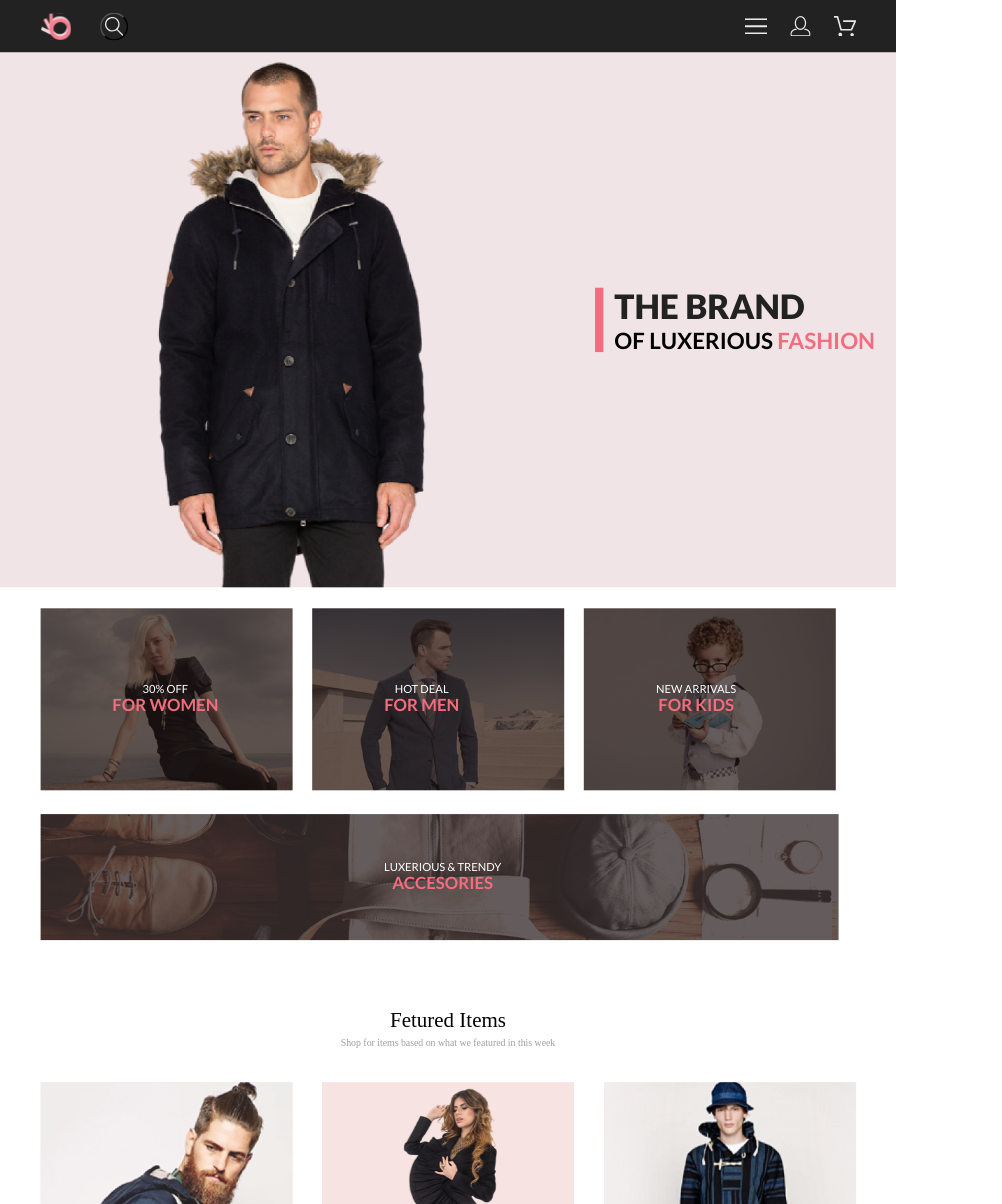
Repository: shtepaa/work-show-linkid
Page: les01/index.html
An editor plug-in stored every save of this project. The page is shown before and after the next save, followed by the edit.
The browser window is 1280 px wide. The page is 1280 px wide, then 1431 px, so the pictures cover 1431 px, including what lies to the right of the window. The pictures show the part of the page from y = 0 to 1720 px (the page is 3886 px tall), at 70% of full size.

Above is the page before, as saved 2022-02-15 12:12:09.

### les01/index.html
<!DOCTYPE html>
<html lang="en">
  <head>
    <meta charset="UTF-8" />
    <meta http-equiv="X-UA-Compatible" content="IE=edge" />
    <meta name="viewport" content="width=device-width, initial-scale=1.0" />
    <title>Brand</title>
    <link rel="shortcut icon" href="img/favicon.ico" type="image/x-icon" />
    <link rel="stylesheet" href="style.css" />
    <link rel="preconnect" href="https://fonts.googleapis.com" />
    <link rel="preconnect" href="https://fonts.gstatic.com" crossorigin />
    <link
      href="https://fonts.googleapis.com/css2?family=Lato:wght@700;400;900&display=swap"
      rel="stylesheet"
    />
  </head>
  <body>


        <header>
          <div class="container">
            <nav>
              <div class="flex-left">
                <img src="img/logo.svg" alt="logo" />
                <form class="searchBox">
                  <input
                    class="searchInput"
                    type="text"
                    name=""
                    placeholder="Search"
                  />
                  <button class="searchButton" href="#">
                    <img id="path" src="img/search.svg" alt="logo" />
                  </button>
                </form>
              </div>
              <div class="flex-right">
                <div class="mega-box"><img class="contact-img" src="img/menu.svg" alt="logo" />
                <div class="mega-item">

<div class="menu-box"><h3 class="menu-box--style">Menu</h3></div>
<details><summary>Man</summary>
<a class="mega-link" href="#">Accessories</a>
<a class="mega-link" href="#">Bags</a>
<a class="mega-link" href="#">Denim</a>
<a class="mega-link" href="#">T-Shirts</a>
</details>
<details><summary>WOMAN</summary>
  <a class="mega-link" href="#">Accessories</a>
  <a class="mega-link" href="#">Jackets & Coats</a>
  <a class="mega-link" href="#">Polos</a>
  <a class="mega-link" href="#">T-Shirts</a>
  </details>
  <details><summary>KIDS</summary>
    <a class="mega-link" href="#">Accessories</a>
    <a class="mega-link" href="#">Bags</a>
    <a class="mega-link" href="#">Denim</a>
    <a class="mega-link" href="#">T-Shirts</a>
    </details>



                </div>


                </div>
                <img class="contact-img" src="img/contact.svg" alt="logo" />
                <img src="img/shop.svg" alt="logo" />
              </div>
            </nav>
          </div>
        </header>
        <!-- Второй блок -->
        <div class="header-section">

          <!-- <div class="container"> -->

            <div class="header-cover">
              <div class="header-image">
              <img class="header-man"  src="img/man-new.png" alt="man" />
            </div>
            <div class="header-title">
              <div class="pink-line"></div>
              <div class="header-column">
                <h1>The brand</h1>
                <h2>of luxerious <span class="pink-word"> fashion</span></h2>
              </div>
            </div>
          </div>
          <!-- </div> -->


          </div>
        </div>
<!-- Третий блок -->
        <div class="container catalog-wrappet">
          <div class="catalog-block">
            <div class="catalog-project">
              <img
                class="catalog-image"
                src="img/catalog01.png"
                alt="catalog01"
              />
              <h2 class="catalog__text">
                30% off <span class="pink-word catalog-words"> for women</span>
              </h2>
            </div>
            <div class="catalog-project">
              <img
                class="catalog-image"
                src="img/catalog02.png"
                alt="catalog02"
              />
              <h2 class="catalog__text">
                hot deal <span class="pink-word catalog-words"> for men</span>
              </h2>
            </div>
            <div class="catalog-project">
              <img
                class="catalog-image"
                src="img/catalog03.png"
                alt="catalog03"
              />
              <h2 class="catalog__text">
                new arrivals
                <span class="pink-word catalog-words"> for kids</span>
              </h2>
            </div>
          </div>
          <div class="catalog-project parent">
            <img
              class="catalog-image"
              src="img/catalog04.png"
              alt="catalog04"
            />
            <h2 class="catalog__text down-parent">
              luxerious & trendy<span class="pink-word catalog-words">
                accesories</span
              >
            </h2>
          </div>
        </div>
        <!-- Четвертый блок -->
        <div class="container block-text">
          <h3 class="block-text--heading">Fetured Items</h3>
          <p class="block-text--section-text">
            Shop for items based on what we featured in this week
          </p>
        </div>
        <div class="container section-featured">
          <div class="featur_one">
            <a class="link-featur" href="#">
            <img class="featur-image"  src="img/feat01.png" alt="featur_one" /></a>
            <div class="featur-wrapper">
            <h3 class="featur-text">ELLERY X M'O CAPSULE</h3>
            <p class="featur-content">Known for her sculptural takes on traditional tailoring, Australian arbiter of cool Kym Ellery teams up with Moda Operandi.</p>
<span class="featur-price">$52.00</span></div>
          </div>
          <div class="featur_one">
            <a class="link-featur" href="#">
            <img src="img/feat02.png" alt="featur_one" /></a>
            <div class="featur-wrapper">
            <h3 class="featur-text">ELLERY X M'O CAPSULE</h3>
            <p class="featur-content">Known for her sculptural takes on traditional tailoring, Australian arbiter of cool Kym Ellery teams up with Moda Operandi.</p>
<span class="featur-price">$52.00</span></div>
          </div>
          <div class="featur_one">
            <a class="link-featur" href="#">
            <img src="img/feat03.png" alt="featur_one" /></a>
            <div class="featur-wrapper">
            <h3 class="featur-text">ELLERY X M'O CAPSULE</h3>
            <p class="featur-content">Known for her sculptural takes on traditional tailoring, Australian arbiter of cool Kym Ellery teams up with Moda Operandi.</p>
<span class="featur-price">$52.00</span></div>
          </div>
          <div class="featur_one">
            <a class="link-featur" href="#">
            <img src="img/feat04.png" alt="featur_one" /></a>
            <div class="featur-wrapper">
            <h3 class="featur-text">ELLERY X M'O CAPSULE</h3>
            <p class="featur-content">Known for her sculptural takes on traditional tailoring, Australian arbiter of cool Kym Ellery teams up with Moda Operandi.</p>
<span class="featur-price">$52.00</span></div>
          </div>
          <div class="featur_one">
            <a class="link-featur" href="#">
            <img src="img/feat05.png" alt="featur_one" /></a>
            <div class="featur-wrapper">
            <h3 class="featur-text">ELLERY X M'O CAPSULE</h3>
            <p class="featur-content">Known for her sculptural takes on traditional tailoring, Australian arbiter of cool Kym Ellery teams up with Moda Operandi.</p>
<span class="featur-price">$52.00</span></div>
          </div>
          <div class="featur_one">
            <a class="link-featur" href="#">
            <img src="img/feat06.png" alt="featur_one" /></a>
            <div class="featur-wrapper">
            <h3 class="featur-text">ELLERY X M'O CAPSULE</h3>
            <p class="featur-content">Known for her sculptural takes on traditional tailoring, Australian arbiter of cool Kym Ellery teams up with Moda Operandi.</p>
<span class="featur-price">$52.00</span></div>
          </div>

        </div>
        <div class="container browse-button">
          <a class="link-browse" href="#"> <h3 class="browse-button product-cart">Browse All Product</h3></a>

        </div>
<div class="section-icons">
  <div class="container wrapper-icons">
  <div class="first-icons">
    <img class="car-icons" src="img/car.svg" alt="car" />
    <h3 class="car-icons--text">Free Delivery</h3>
    <p class="car-icons--context">Worldwide delivery on all. Authorit tively morph next-generation innov tion with extensive models.</p>
  </div>
  <div class="first-icons">
    <img class="car-icons" src="img/discount.svg" alt="discount" />
    <h3 class="car-icons--text">Sales & discounts</h3>
    <p class="car-icons--context">Worldwide delivery on all. Authorit tively morph next-generation innov tion with extensive models.</p>
  </div>
  <div class="first-icons">
    <img class="car-icons" src="img/corona.svg" alt="corona" />
    <h3 class="car-icons--text">Quality assurance</h3>
    <p class="car-icons--context">Worldwide delivery on all. Authorit tively morph next-generation innov tion with extensive models.</p>
  </div>
</div>

</div>

<div class="quotes-section">
  <div class="container wrap-quotes">
  <div class="figure-box">
  <figure>
    <img class="figure-image" src="img/author.png" alt="author" />
    <figcaption>“Vestibulum quis porttitor dui! Quisque viverra nunc mi, a pulvinar purus condimentum“</figcaption>
  </figure></div>
  <div class="figure-box enter-mail">

    <h1 class="subscribe">SUBSCRIBE</h1>
    <h2 class="promotion">FOR OUR NEWLETTER AND PROMOTION</h2>
    <div class="subscribe-wrapper">

      <input type="email" name="email" class="subscribe-input" placeholder="Enter Your Email">
      <div class="submit-btn">SUBMIT</div>
    </div>


  </div>

</div>


      </div>
      <footer>
<div class="container footer-contant">
  <div class="copy-righ">
    <span class="copy-text">© 2021  Brand  All Rights Reserved.</span>
  </div>
  <div class="networks">
    <div class="insta instag-fig">

    </div>
    <div class="insta pint-fig"></div>
    <div class="insta last-fig"></div>
    <div class="insta "></div>
  </div>



</div>

      </footer>

  </body>
</html>

### les01/style.css
* {
  margin: 0;
  padding: 0;
}



header {
  background-color: #222;

  display: flex;
  height: 75px;
}
.header-section {
  background-color: #f1e4e6;
  /* display: flex; */
  height: 764px;
}
.container {
  margin: 0 auto;
  width: 1165px;
  display: flex;
}
.header-image {
  display: flex;
  /* background-repeat: no-repeat;
  -webkit-box-flex: 1;
  -ms-flex-positive: 1;
  flex-grow: 1; */

}
.header-man{
  /* display: flex; */
  /* display: block; */
  left: 0;
}
.header-title {
  /* width: 50%; */
  display: flex;
  flex-direction: row;
  align-items: center;
}
.header-column {
  display: flex;
  flex-direction: column;
  margin-left: 16px;
  text-transform: uppercase;
  font-family: "Lato", sans-serif;
}
h1 {
  font-weight: 900;
  font-size: 48px;
  line-height: 58px;
  color: #222;
}
h2 {
  font-weight: 700;
  font-size: 32px;
  line-height: 38px;
}
.pink-word {
  color: #f16d7f;
}
.pink-line {
  background-color: #f16d7f;
  height: 92px;
  width: 12px;
}
.header-cover {
  /* width: 100%; */
  display: flex;
  /* flex-direction: row; */
  justify-content: space-between;
  width: 1250px;
  /* margin: 0 auto; */
}

nav {
  justify-content: space-between;
  flex-direction: row;
  /* position: relative; */
  align-items: center;
  display: flex;
  height: 75px;
  width: 100%;
}
.flex-left {
  align-items: center;
  flex-direction: row;
  display: flex;
}

.contact-img {
  margin-right: 33px;
}
/* Меню бокс */
.mega-item {
  position: absolute;
  background-color: #fff;

  /* display: none; */
  padding: 37px 100px 79px 50px;
  display: none;
  margin-top: 23px;
  padding-bottom: 53px;
  /* margin-left: 155px; */
}
.mega-box {
  padding: 34px 0 30px 0;

}
.mega-box:hover .mega-item{
  display: block;
}
summary {
  display: block;
}

  summary::-webkit-details-marker {
  display: none;
}

summary {
  display: block;
  font-weight: 400;
  font-size: 14px;
  line-height: 17px;
  text-transform: uppercase;
  color: #f16d7f;
  padding-top: 20px;
  padding-bottom: 12px;
  font-family: "Lato", sans-serif;
  cursor: pointer;
}

  summary::-webkit-details-marker {
  display: none;
}

summary::before {
  content: '';
  padding-right: 0.5em;
}

details[open] > summary::before {
  content: '';
}

.menu-box--style {
  font-weight: 700;
  font-size: 14px;
  line-height: 17px;
  text-transform: uppercase;
  padding-bottom: 4px;
  font-family: "Lato", sans-serif;
}
/* .pink-box {

} */
.mega-link {
  font-family: "Lato", sans-serif;
  display: block;
  text-decoration: none;
  font-size: 14px;
  line-height: 17px;
  color: #6f6e6e;
  font-weight: 400;
  padding: 12px 0px 11px 15px;
}
.mega-link:hover{
  color: #F16D7F;
}
.flex-right {
  display: flex;
  align-items: center;
  position: relative;
  /* padding-bottom: 23px; */
}
img {
  cursor: pointer;
}

/* search form*/
form {
  margin-left: 41px;
}

.searchBox:hover > .searchInput {
  padding: 0 6px;
  width: 240px;
}

.searchBox:hover > .searchButton {
  background: #222;
  color: #2f3640;
}

.searchButton {
  justify-content: center;
  align-items: center;
  background: #222;
  border-radius: 50%;
  color: white;
  float: right;
  width: 40px;
  height: 40px;
  display: flex;
  transition: 0.4s;
}

.searchInput {
  border: none;
  background: none;
  outline: none;
  float: left;
  padding: 0;
  color: white;
  font-size: 16px;
  transition: 0.4s;
  line-height: 40px;
  width: 0px;
}

@media screen and (max-width: 620px) {
  .searchBox:hover > .searchInput {
    width: 150px;
    padding: 0 6px;
  }
}

/* Третий блок */

.catalog-wrappet {
  display: flex;
  /* flex-direction: row; */
  flex-wrap: wrap;
  justify-content: space-between;
  max-width: 1165px;
  margin: 0 auto;
}
.catalog-project {
  margin-top: 30px;
  position: relative;
  flex-grow: 1;
}
/* .catalog-image:last-of-type {
  width: 100%;

} */
.catalog__text {
  position: absolute;
  display: block;
  z-index: 100;
  left: 103px;
  top: 105px;
  box-sizing: border-box;
  font-size: 16px;
  line-height: 19px;
  text-align: center;
  font-family: Lato;
  color: #fff;
  text-transform: uppercase;
  font-weight: 400;
  display: flex;
  flex-direction: column;
  /* left: 0; */
}
.catalog-words {
  font-size: 24px;
  line-height: 28px;
  text-align: center;
  font-family: "Lato", sans-serif;
  font-weight: 700;
}
.catalog-block {
  display: flex;
  justify-content: space-between;
  flex-direction: row;
  width: 100%;
}
.parent {
  display: flex;
  width: 100%;
  /* justify-content: space-between; */
}
.down-parent {
  left: 491px;
  top: 65px;
}
/* Четвертый блок */
.block-text {
  padding-top: 96px;
  display: flex;
  flex-direction: column;
  box-sizing: content-box;
  align-items: center;
}
.block-text--heading {
  font-weight: normal;
  font-size: 30px;
  line-height: 36px;
}
.block-text--section-text {
  padding-top: 6px;
  font-weight: normal;
  font-size: 14px;
  line-height: 17px;
  color: #9f9f9f;
}
/* Пятый блок */
.section-featured{
  max-width: 1165px;
  display: flex;
  flex-direction: row;
  flex-wrap: wrap;
  padding-top: 18px;
  justify-content: space-between;
}
.featur_one{
  display: flex;
  flex-direction: column;
  max-width: 360px;
  background-color: #F8F8F8;
  margin-top: 30px;
}
.featur-text{
  margin-top: 25px;
  font-size: 13px;
line-height: 16px;
font-family: "Lato", sans-serif;
font-weight: 400;
}
.featur-content{
  color: #5D5D5D;
  font-weight: 300;
font-size: 14px;
line-height: 17px;
font-family: "Lato", sans-serif;
padding-top: 12px;
}
.featur-price{
  color:  #F16D7F;
  font-size: 16px;
line-height: 19px;
font-weight: 400;
padding-top: 18px;
}
.featur-wrapper{
  padding-left: 18px;
  padding-bottom: 20px;
  display: flex;
  flex-direction: column;
}
.browse-button{
  /* align-items: center; */
  /* display: block; */
  max-width: 1165px;
  display: flex;
  justify-content: center;
  margin-top: 63px;

}
.link-browse{
  text-decoration: none;
}
.product-cart{
  color: #fff;
  border: 1px solid #FF6A6A;
  box-sizing: border-box;
  align-items: center;
  width: 211px;
  padding: 15px 38px;
  font-size: 16px;
line-height: 19px;
font-weight: 400;
background-color: #F16D7F;
}
/* конец кнопки */
.section-icons {
  background-color: #222224;
  display: flex;
  height: 341px;

  /* justify-content: space-between; */
  margin-top: 95px;
}
.first-icons{
  display: flex;
  flex-direction: column;
  max-width: 343px;
  justify-content: center;
  align-items: center;
  text-align: center;


}
.car-icons{
  width: 44px;
  height: 31px;
  padding-top: 103px;
  padding-bottom: 28px;
}
.wrapper-icons{
  max-width: 1165px;
  display: flex;
  flex-direction: row;
  justify-content: space-between;
}
.car-icons--context{
  padding-top: 16px;
  font-weight: 300;
font-size: 13.972px;
line-height: 17px;
color: #FBFBFB;
padding-bottom: 104px;
}
.car-icons--text{
  font-size: 19.96px;
line-height: 24px;
color: #FBFBFB;
font-weight: 400;
}
/* Квотес секция */
.quotes-section{
  background-image: url(img/photo-subscribe.png );
  height: 448px;
  background-repeat: no-repeat;
  background-size: 100%;

}
.wrap-quotes{
  display: flex;
  flex-direction: row;
  max-width: 1165px;
  justify-content: space-between;

}
.figure-box{
  display: flex;
  flex-direction: column;
  width: 343px;
  justify-content: center;
  /* align-items: center; */
  text-align: center;

}
.figure-image{
  width: 96px;
  height: 96px;
  padding-top: 97px;
}
figcaption{
  padding-top: 30px;
  font-size: 20px;
line-height: 24px;
font-weight: 400;
font-family: "Lato", sans-serif;
color: #222224;

}
.subscribe{
  font-family: "Lato", sans-serif;
  font-weight: 700;
  font-size: 24px;
  line-height: 37px;
  padding-top: 150px;
}
.promotion{
  font-family: "Lato", sans-serif;
  font-weight: 400;
  font-size: 18px;
  line-height: 30px;
}
.enter-mail{
  width: 557px;
}
.subscribe-wrapper{
  display: flex;
  justify-content: center;
  margin-top: 39px;

  border-radius: 10px;
  width: 356px;
  margin: 0 auto;
  padding-top: 32px;
}
.subscribe-input{
width: 256px;
border-radius: 30px;
  border-bottom-right-radius: 0;
  border-top-right-radius: 0;
  border-color: #E1E1E1;
  background-color: #E1E1E1;
}
.submit-btn{
  width: 100px;
  border-radius: 30px;
  border-bottom-left-radius: 0;
  border-top-left-radius: 0;
  background-color: #E05C6E;
  height: 49px;
  color: #fff;
  text-align: center;
  align-items: center;
  font-size: 14px;
line-height: 17px;
display: flex;
font-weight: 400;
padding: 10px;
}
::placeholder{
  padding-left: 22px;
  padding-top: 7px;
  padding-bottom: 6px;
  font-size: 14px;
line-height: 17px;
opacity: 0.67;
color: #222224;
}
footer{
  height: 79px;
  background-color: #222224;
  display: flex;
}
.footer-contant{
  display: flex;
  flex-direction: row;
  max-width: 1165px;
  align-items: center;
  justify-content: space-between;
}
.copy-text{
  padding-top: 30px;
  font-size: 16px;
line-height: 19px;
font-weight: 400;
color: #FBFBFB;
}
.networks{
  display: flex;
  flex-direction: row;


}
.insta{
  height: 32px;
  width: 31px;
  background-color: #fff;
  display: flex;

}
.last-fig{
  margin-right: 7px;
}
.pint-fig{
  margin-right: 7px;
}
.instag-fig{
  margin-right: 7px;
}
.insta:hover{
  background-color: #E05C6E;

}

### les01/img/search.svg
<svg width="27" height="28" viewBox="0 0 27 28" fill="#E8E8E8" xmlns="http://www.w3.org/2000/svg" id="path">
<path d="M19.0596 17.6259C20.6713 15.8658 21.6282 13.6048 21.7698 11.2225C21.9113 8.84018 21.2288 6.48173 19.8369 4.54318C18.445 2.60463 16.4285 1.20404 14.126 0.576619C11.8234 -0.0508009 9.3751 0.13316 7.19217 1.09761C5.00923 2.06205 3.22463 3.74825 2.13804 5.87302C1.05145 7.9978 0.729054 10.4318 1.225 12.7661C1.72094 15.1005 3.00501 17.1932 4.86158 18.6927C6.71814 20.1922 9.03413 21.0072 11.4206 21.0009C13.673 21.004 15.8645 20.27 17.6606 18.9109L25.4086 26.7179C25.4941 26.807 25.5965 26.8781 25.7099 26.927C25.8232 26.9759 25.9452 27.0017 26.0686 27.0029C26.1923 27.0033 26.3148 26.9782 26.4283 26.9292C26.5419 26.8801 26.6441 26.8082 26.7286 26.7179C26.9025 26.537 26.9997 26.2958 26.9997 26.0449C26.9997 25.794 26.9025 25.5528 26.7286 25.3719L19.0596 17.6259ZM2.88662 10.5009C2.89946 8.81563 3.41094 7.17187 4.35659 5.77685C5.30224 4.38183 6.63972 3.29801 8.20044 2.662C9.76115 2.02599 11.4752 1.86627 13.1266 2.20298C14.7779 2.53969 16.2926 3.35775 17.4797 4.55404C18.6668 5.75033 19.4732 7.27129 19.7972 8.92519C20.1212 10.5791 19.9483 12.2919 19.3002 13.8476C18.6522 15.4034 17.5581 16.7325 16.1559 17.6674C14.7536 18.6023 13.1059 19.1011 11.4206 19.1009C9.14916 19.0901 6.97482 18.1784 5.37484 16.566C3.77486 14.9537 2.87998 12.7724 2.88662 10.5009Z" fill="#E8E8E8"/>
</svg>

Loaded but not shown: les01/img/car.svg (3 lines, source omitted)

After the next save:
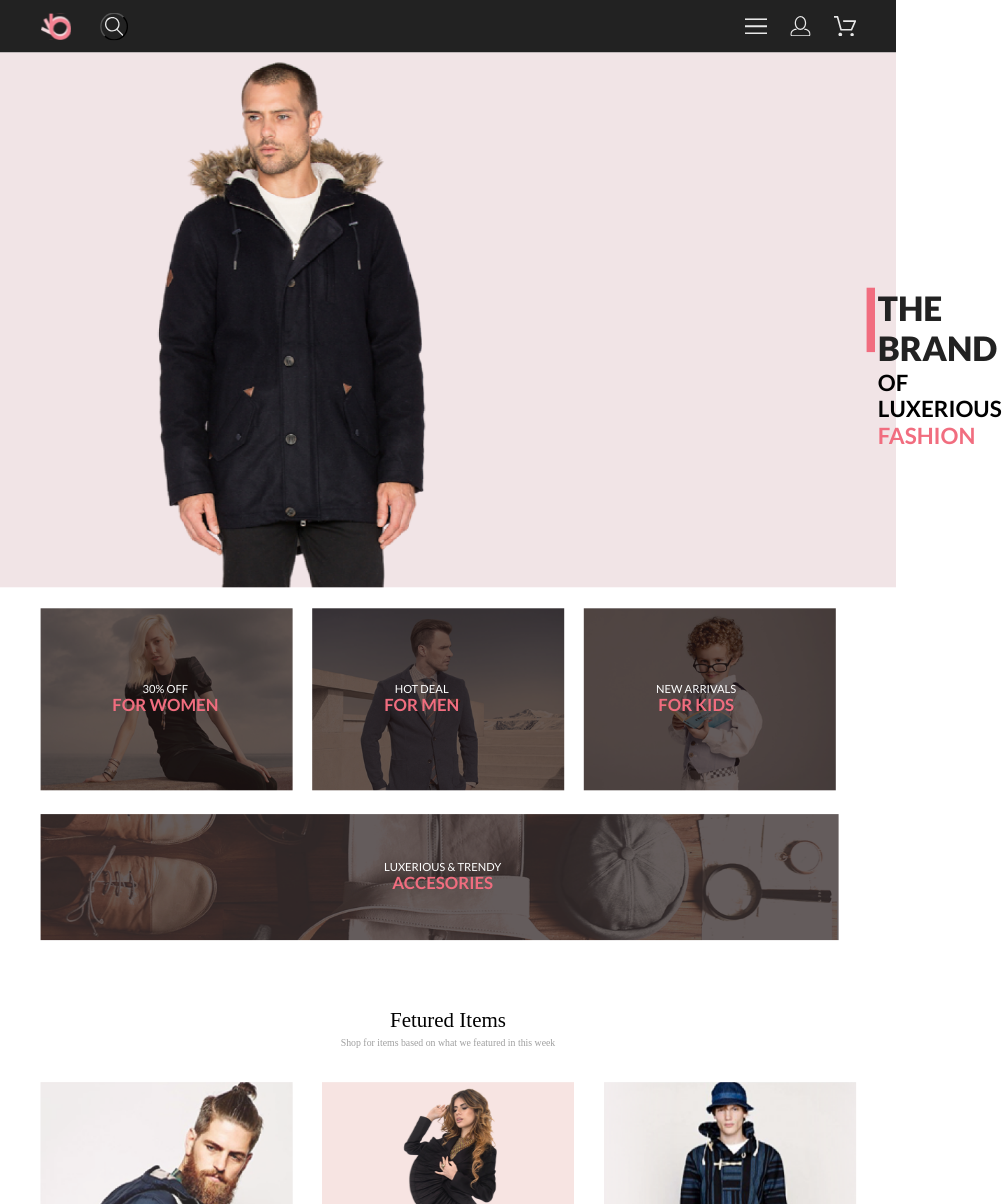
Saved 52 s later.
--- a/les01/index.html
+++ b/les01/index.html
@@ -80,7 +80,7 @@
               <img class="header-man"  src="img/man-new.png" alt="man" />
             </div>
             <div class="header-title">
-              <div class="pink-line"></div>
+              <div class="pink-line">
               <div class="header-column">
                 <h1>The brand</h1>
                 <h2>of luxerious <span class="pink-word"> fashion</span></h2>
